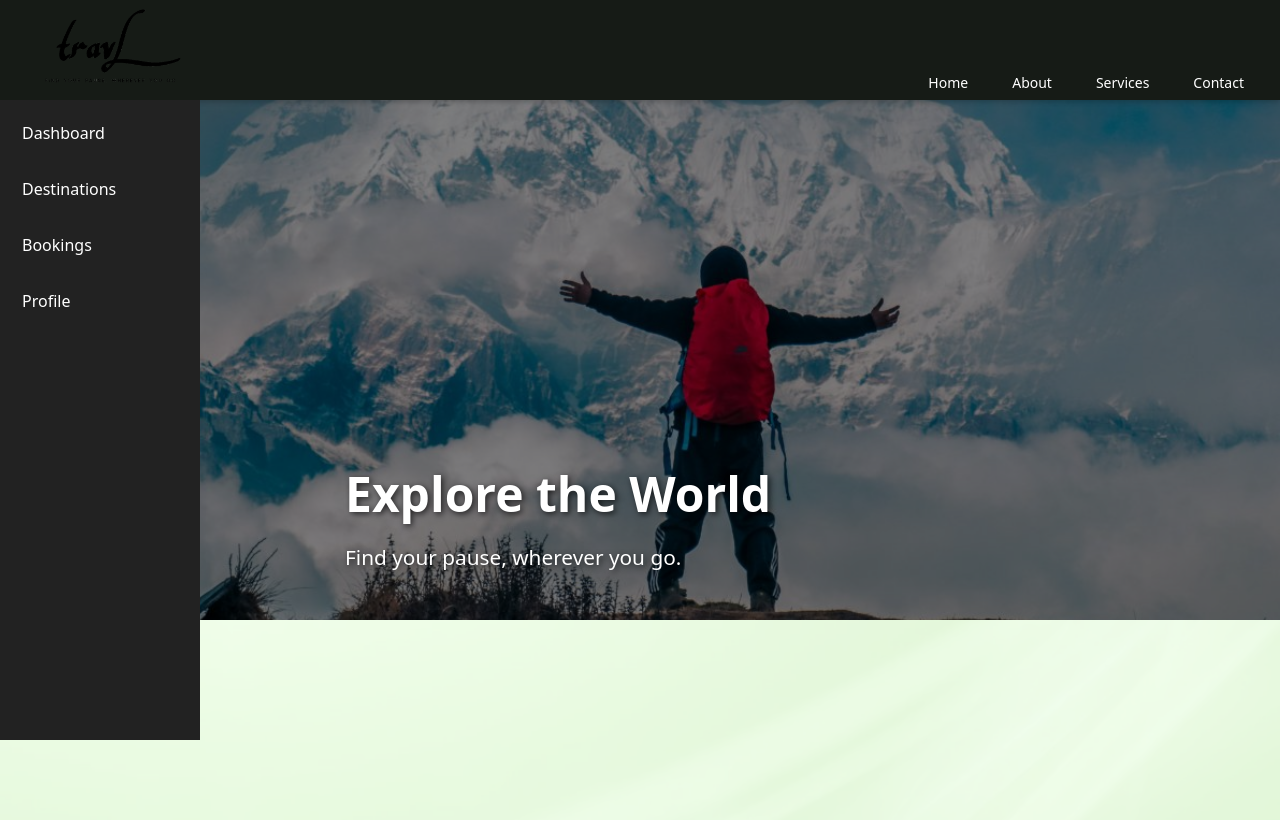
Repository: Nakib-Arman/Javafest25---travL
Page: / (app in Frontend/)
An editor plug-in stored every save of this project. The page is shown before and after the next save, followed by the edit.
The browser window is 1280 px wide. The pictures show the whole page.
Pictures or frames that could not be fetched are drawn as grey boxes. The project was rebuilt for these pictures with package versions that can differ from the ones it lists, and the page was loaded fresh each time. Also part of the build but not shown: Frontend/vite.config.js.

Above is the page before, as saved 2025-08-13 01:12:57.

After the next save:
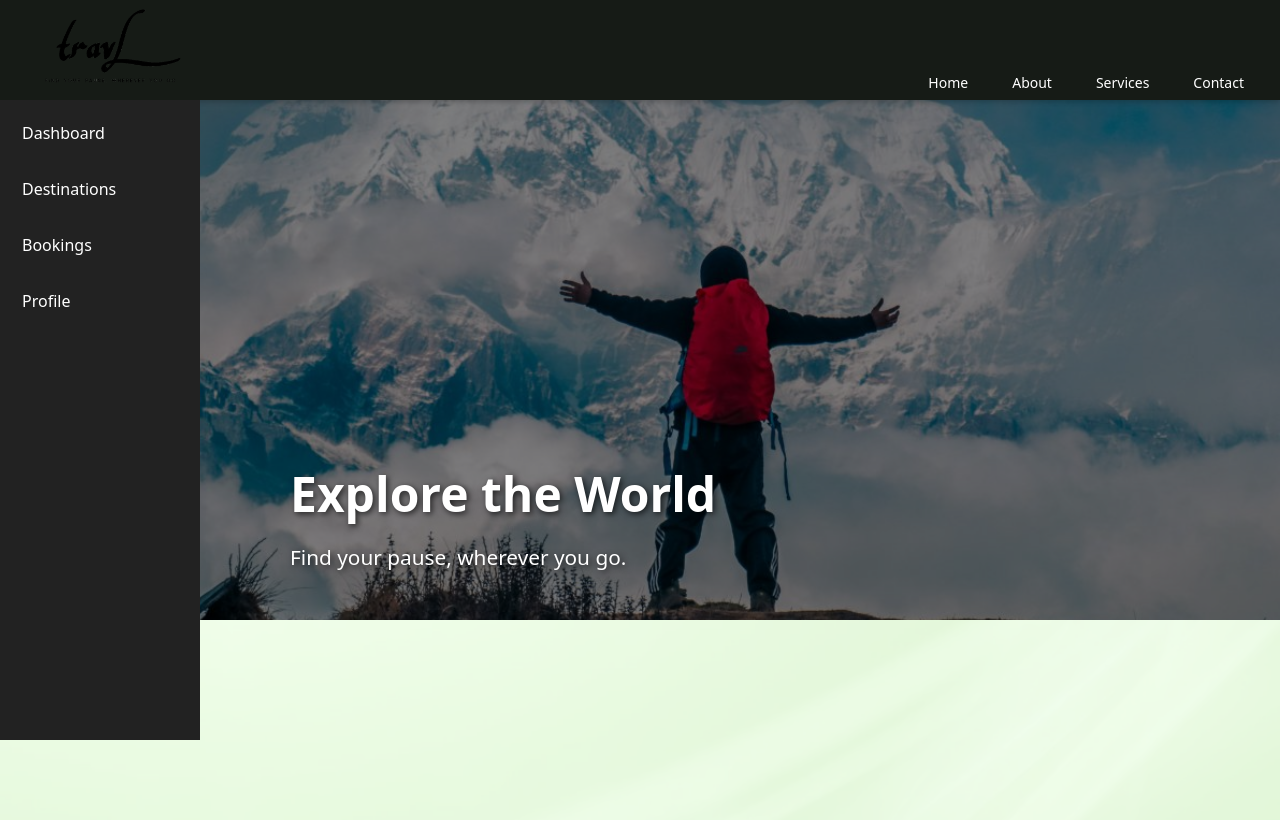
Saved 11 s later.
--- a/Frontend/src/CSS/Home.css
+++ b/Frontend/src/CSS/Home.css
@@ -62,7 +62,7 @@
 .overlay-text {
     position: absolute;
   bottom: 5%;
-  left: 15%;
+  left: 10%;
   transform: none;
   text-align: left;
   color: white;
